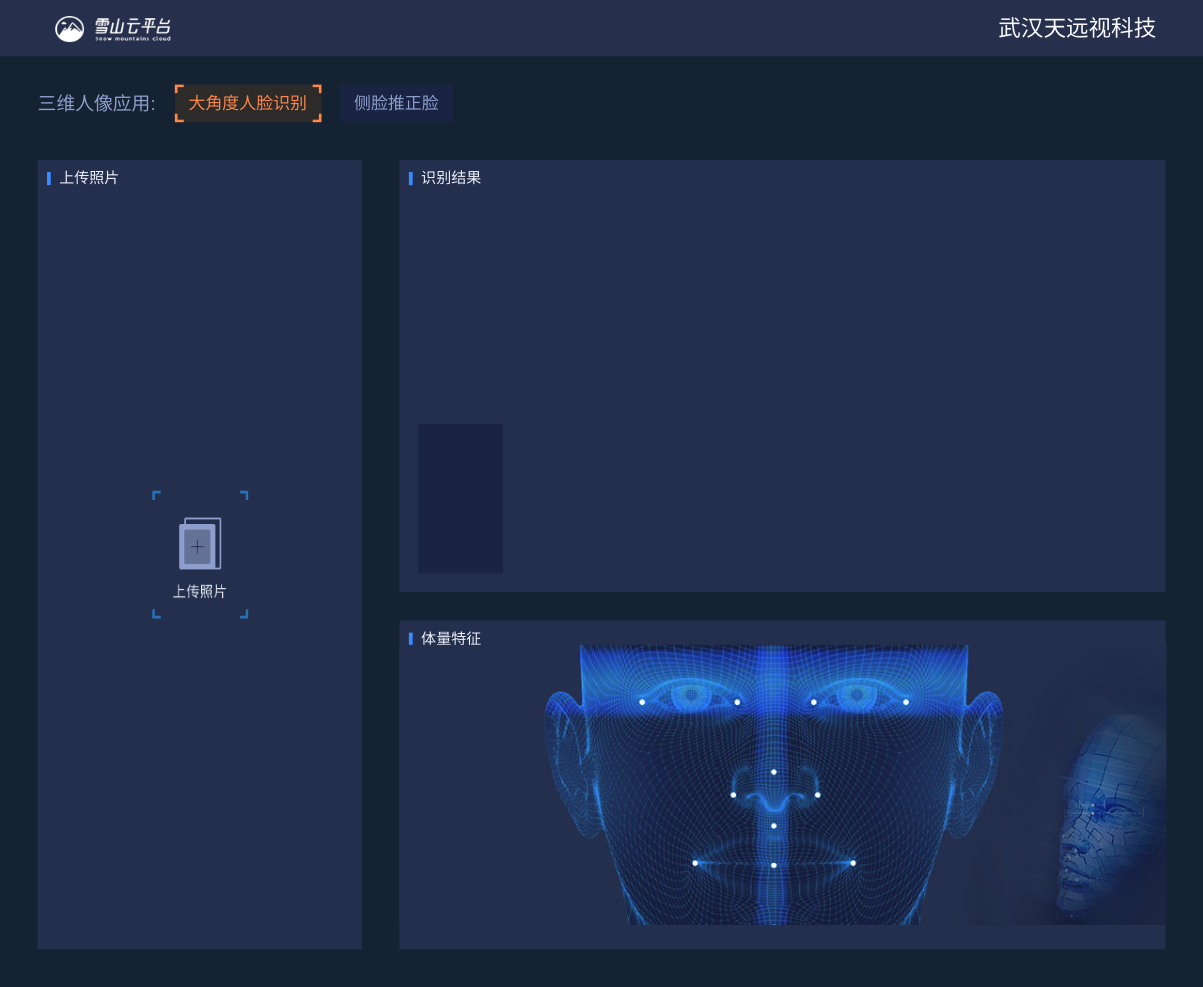
Repository: fyt2020/pubilcDemlo
Page: /
These files come from the project's save history. The page is drawn as it stood at one moment and after the next save; the edit follows.
The browser window is 1280 px wide. The pictures show the whole page, at 94% of full size.
The project was rebuilt for these pictures with package versions that can differ from the ones it lists, and the page was loaded fresh each time.

Above is the page before, as saved 2020-04-28 14:44:42.

After the next save:
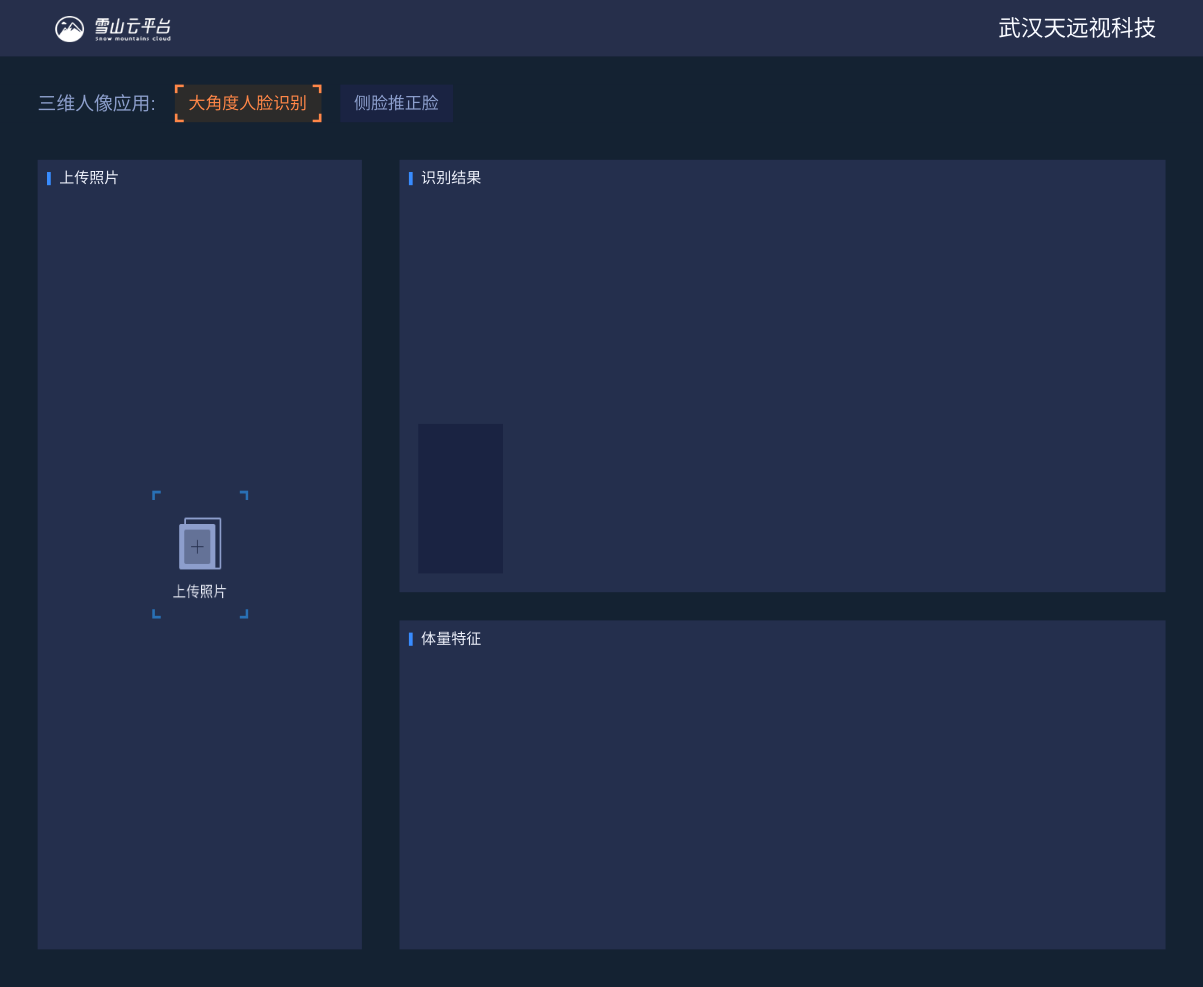
Saved 66 s later.
--- a/src/pages/bigAngle.vue
+++ b/src/pages/bigAngle.vue
@@ -75,7 +75,7 @@
           <span class="titleW__one"></span>
           <span class="titleW__w">体量特征</span>
         </div>
-        <img src="../assets/img/char.jpg" alt class="char" />
+        <img src="../assets/img/char.jpg" alt class="char" v-if="!btnKey"/>
         <ul class="tl__box" v-if="charData.length>0">
           <li class="tl__item" v-for="item in charData" :key="item.value">
             <span class="tl__iteml same">{{item.title}}</span>
